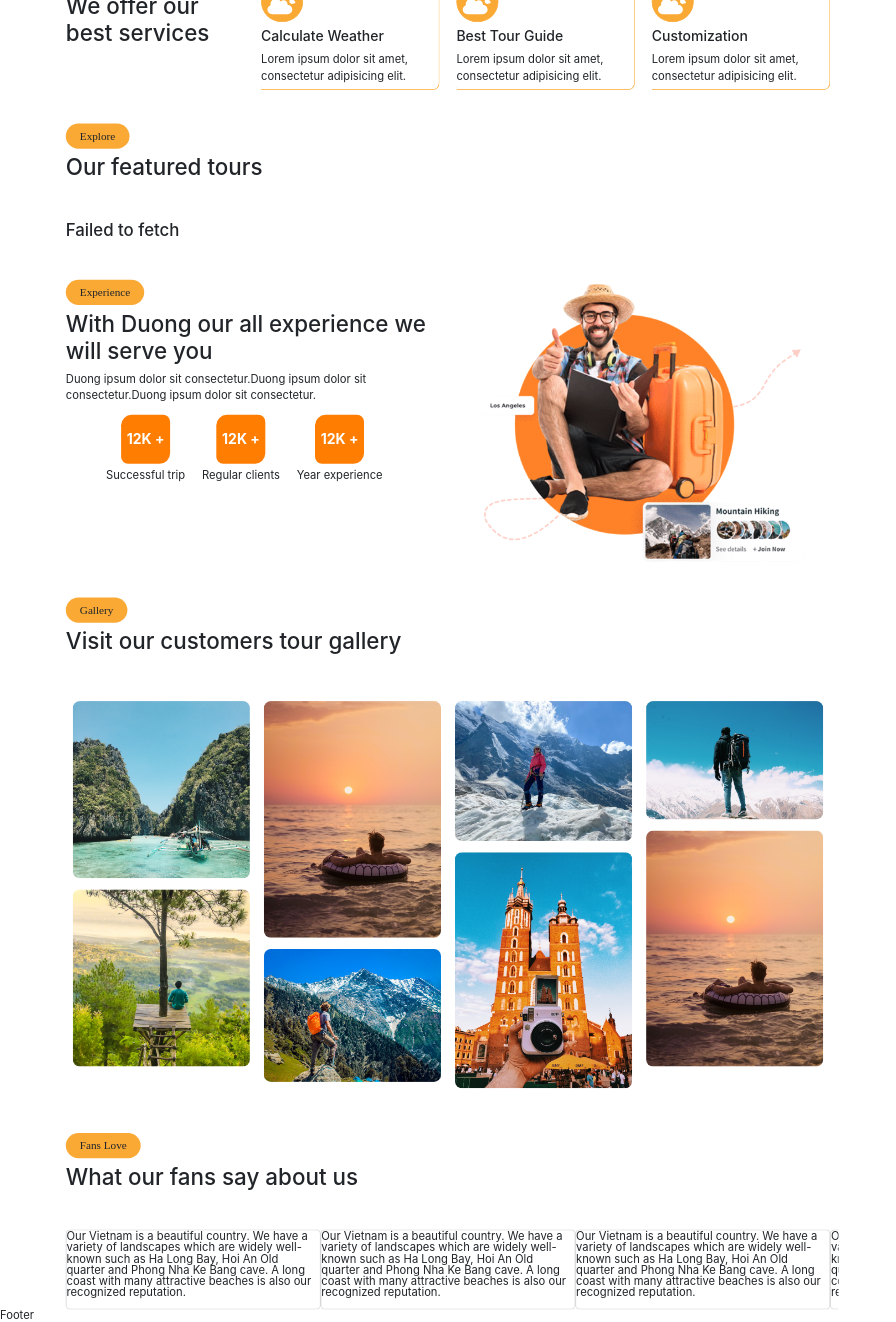
Repository: NguyenHuu001/dulich
Page: /home
The author's editor kept a copy of each file at every save. The page is drawn from the files as they stood at one save, then again after the next save.
The browser window is 1280 px wide. The pictures show the part of the page from y = 762 to 2682 px (the page is 2650 px tall before and 2682 px after), at 70% of full size.
The project was rebuilt for these pictures with package versions that can differ from the ones it lists, and the page was loaded fresh each time. Also part of the build but not shown: src/pages/About/index.js, src/pages/Tours/index.js, src/pages/Login/index.js, src/pages/Register/index.js. Imported but missing from the stored project, and not drawn on this page: src/assets/audio/video1.mp4.

Above is the page before, as saved 2023-08-01 19:06:05.

After the next save:
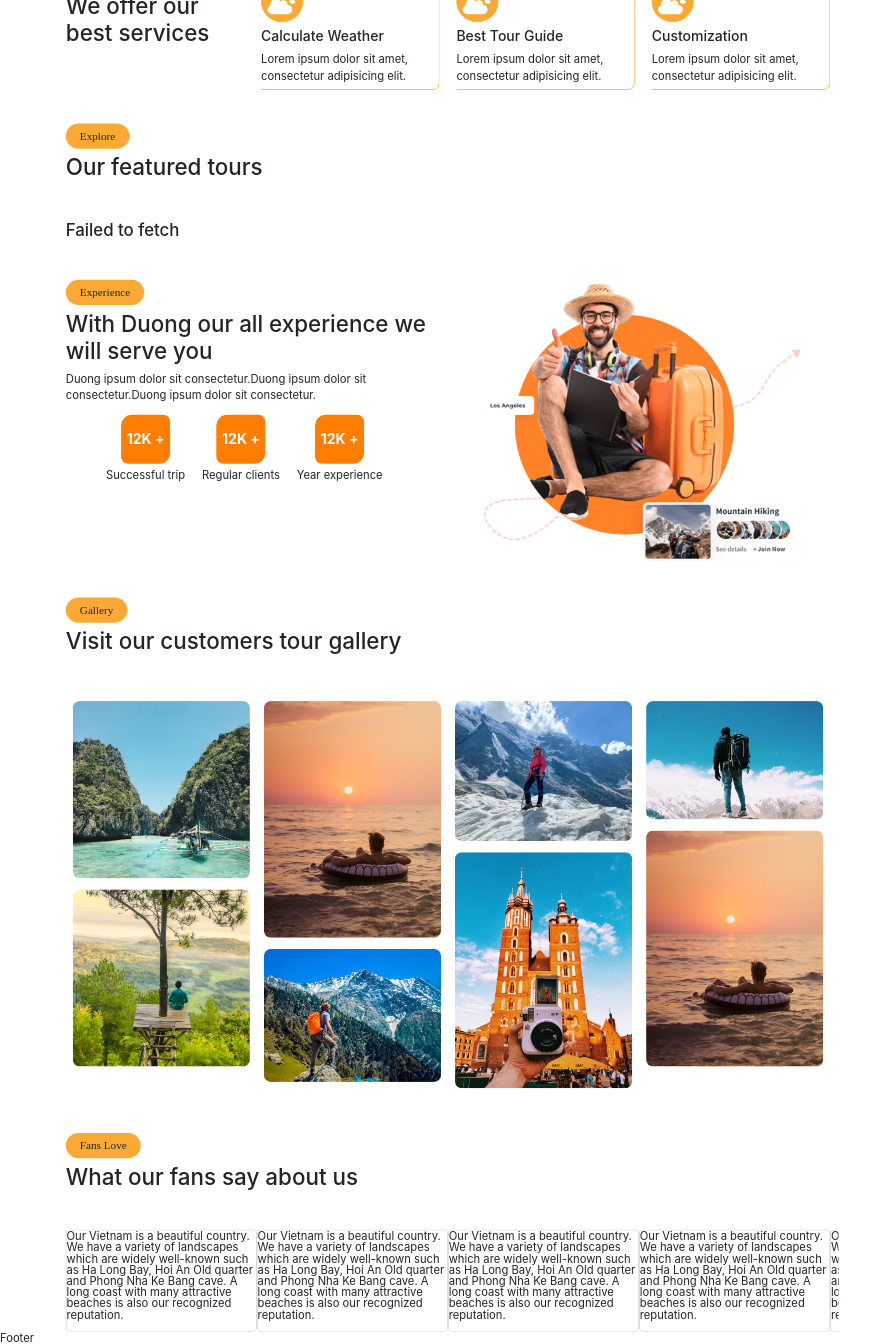
Saved 15 s later.
--- a/src/pages/Home/index.js
+++ b/src/pages/Home/index.js
@@ -254,7 +254,7 @@ function Home() {
                     </div>
                     <div className='col-md-12 d-flex' style={{overflow: 'hidden'}}>
                        {Data.map((data,index) => (
-                        <div className='col-md-4' key={index}>
+                        <div className='col-md-3' key={index}>
                             <div className='card'>
                                 <p>{data.content}</p>
                             </div>
